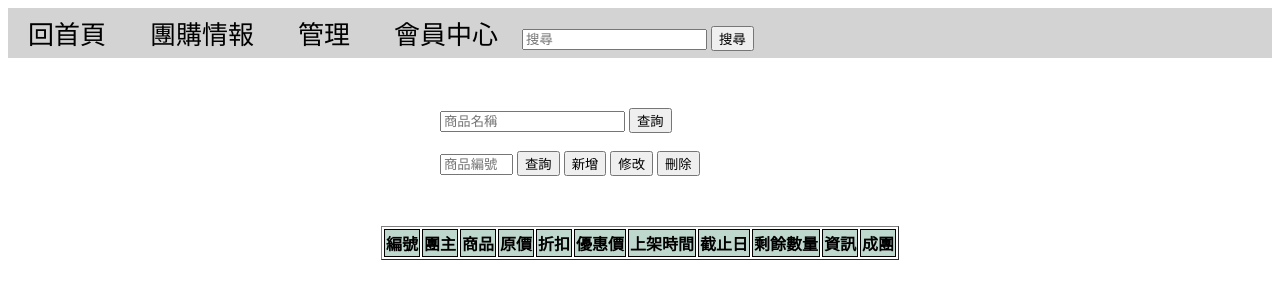
Repository: irlmpbfhvf2009/2021-09-17-Pro2-MVC
Page: http://localhost/Groupon/Manage-query.jsp
The author's editor kept a copy of each file at every save. The page is drawn from the files as they stood at one save, then again after the next save.
The browser window is 1280 px wide. The pictures show the whole page.
The page is served by Tomcat 9. Queries for data that is not in the repository find no rows.

Above is the page before, as saved 2021-09-15 13:09:47.

After the next save:
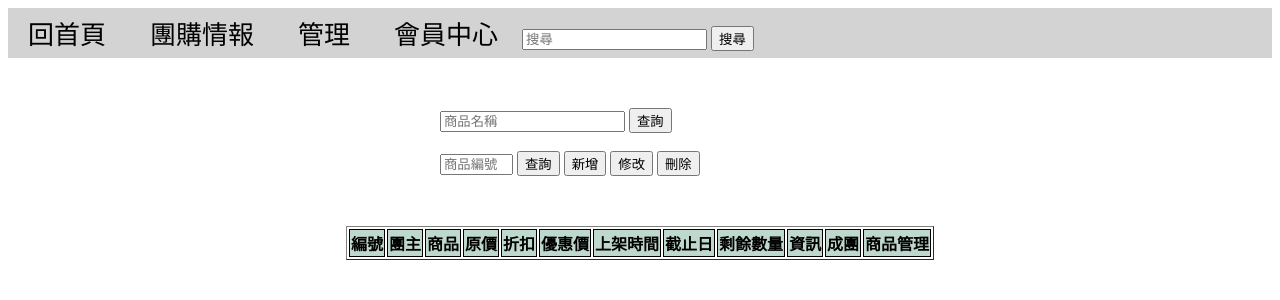
Saved 8 min 46 s later.
--- a/Groupon/src/main/webapp/Manage-query.jsp
+++ b/Groupon/src/main/webapp/Manage-query.jsp
@@ -45,7 +45,8 @@
         <th>剩餘數量</th>
         <th>資訊</th>
         <th>成團</th>
-    <c:forEach var="row" items="${rs.rows}" varStatus="c">
+        <th>商品管理</th>
+    <c:forEach var="row" items="${rs.rows}">
         <tr>
     <td>${row.id}</td>
     <td>${row.leader}</td>
@@ -58,6 +59,9 @@
     <td>${row.quantity}</td>
     <td><a href="">商品</a></td>
     <td>${row.state}</td>
+    <td><a href="Manage-state-T.jsp?id=${row.id}"><Button class="sgbtn">顯示</Button></a>
+    <a href="Manage-state-F.jsp?id=${row.id}"><Button class="sgbtn">隱藏</Button></a>
+    <a href="Manage-delete.jsp?id=${row.id}"><Button class="sgbtn">刪除</Button></a></td>
     </tr>
     </c:forEach>
     </table>
